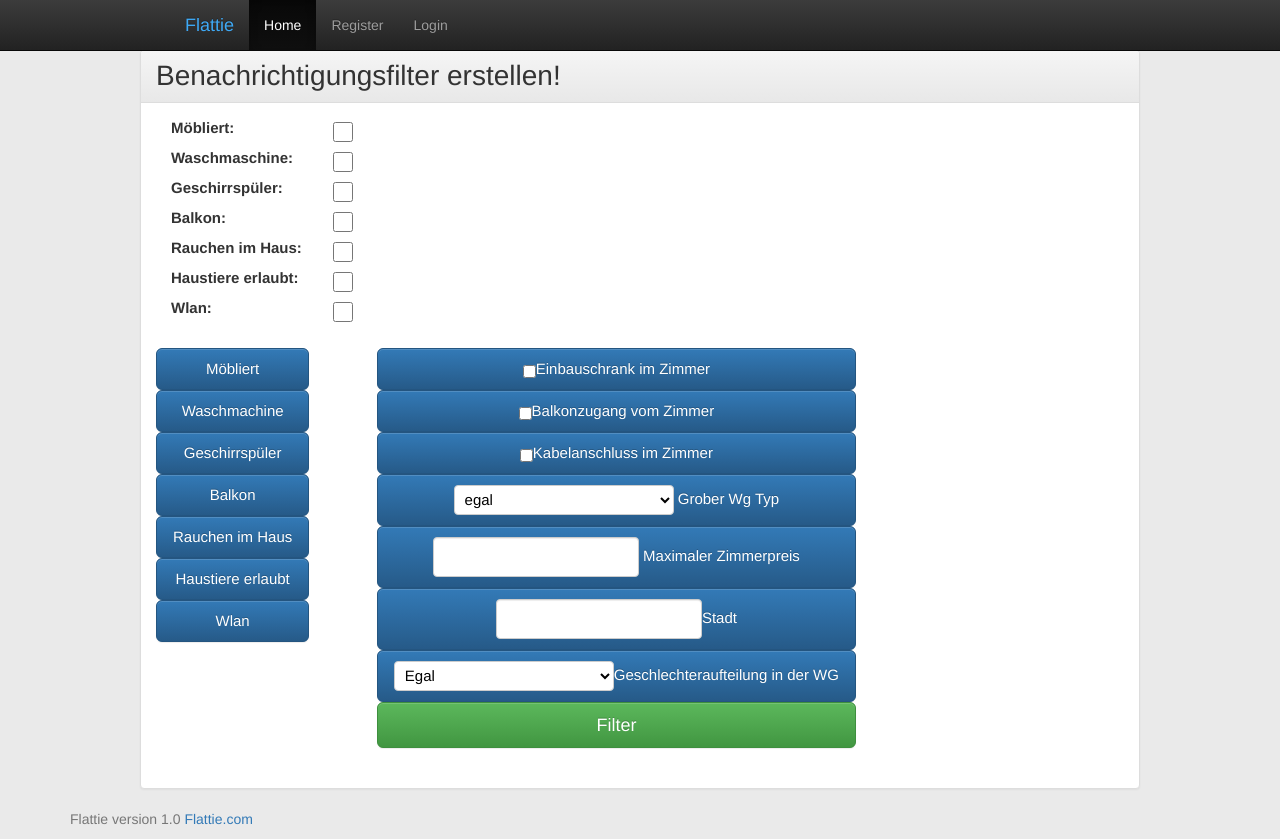
Repository: ese-unibe-ch/ese2014-team2
Page: http://localhost/Skeleton/pages/createCustomFilter.jsp
An editor plug-in stored every save of this project. The page is shown before and after the next save, followed by the edit.
The browser window is 1280 px wide. The pictures show the whole page.
Some web libraries are served in a nearby version. The page is served by Tomcat 9. Nobody is signed in. The application's start-up code is not run. The template is opened directly, without the code that normally fills it, so the values that code supplies are empty.

Above is the page before, as saved 2014-11-26 12:18:28.
Console error (its wording comes from the project's code and is left out).

After the next save:
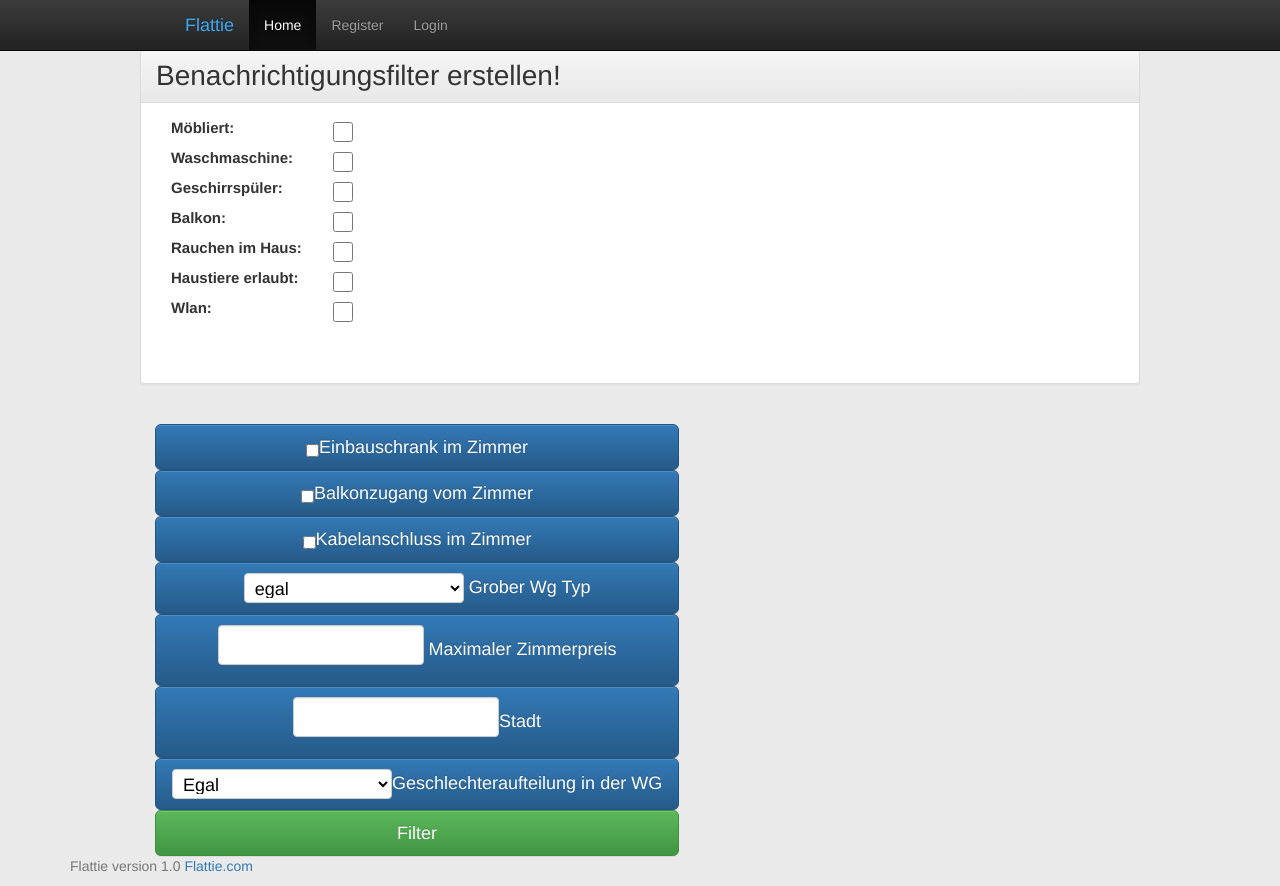
Saved 2 min 0 s later.
--- a/Skeleton/src/main/webapp/pages/createCustomFilter.jsp
+++ b/Skeleton/src/main/webapp/pages/createCustomFilter.jsp
@@ -93,23 +93,14 @@
 			</div>
 		</div>
 
+    		<div class="col-md-8">
+    			<div class="col-md-6">
+    				<label></label>
+    			</div>
+    			<div class="col-md-2">
 
-
-  				<div class="row">
-				  <div class="col-lg-5">
-				    <div class="input-group">
-
-
-        					<h3><label class="btn btn-primary btn-lg btn-block" >Möbliert</label></h3>
-							<h3><label class="btn btn-primary btn-lg btn-block" >Waschmachine</label></h3>
-							<h3><label class="btn btn-primary btn-lg btn-block" >Geschirrspüler</label></h3>
-							<h3><label class="btn btn-primary btn-lg btn-block" >Balkon</label></h3>
-							<h3><label class="btn btn-primary btn-lg btn-block" > Rauchen im Haus</label></h3>
-							<h3><label class="btn btn-primary btn-lg btn-block" >Haustiere erlaubt</label></h3>
-							<h3><label class="btn btn-primary btn-lg btn-block" >Wlan</label></h3>
-
-
-
+    			</div>
+    		</div>
 				    </div><!-- /input-group -->
 				  </div><!-- /.col-lg-6 -->
 				  <div class="col-lg-5">
